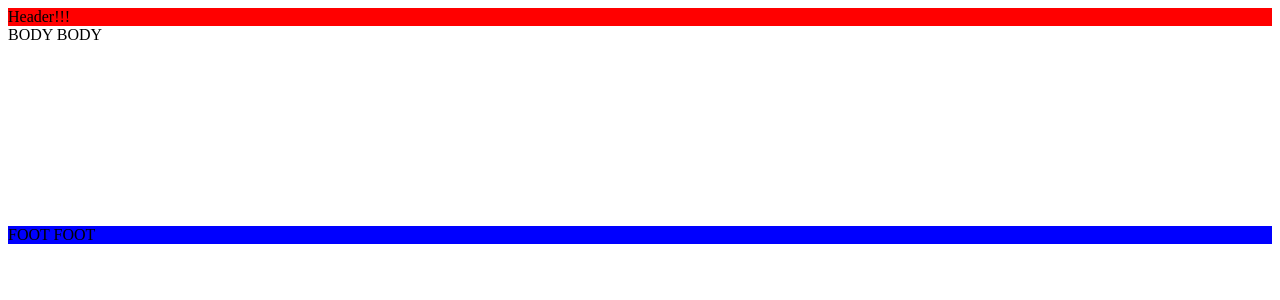
Repository: TakashiYamaguchi2021/samurai_HTML-CSS
Page: header.html
The author's editor kept a record of every edit. The page is drawn from the files as they stood at one moment, then again after the next edit.
The browser window is 1280 px wide. The pictures show the whole page.

Above is the page before.

### header.html
<!DOCTYPE html>
<html lang="ja">
    <head>
        <style>
            header {
                background-color: red;
            }

            footer {
                background-color: blue;
            }

            .size {
                height: 200px;
            }
        </style>
    </head>
    <body>
        <header>
            Header!!!
        </header>
        <div class="size">
            BODY BODY
        </div>
        <footer>
            FOOT FOOT
        </footer>
    </body>
</html>

After the next edit:
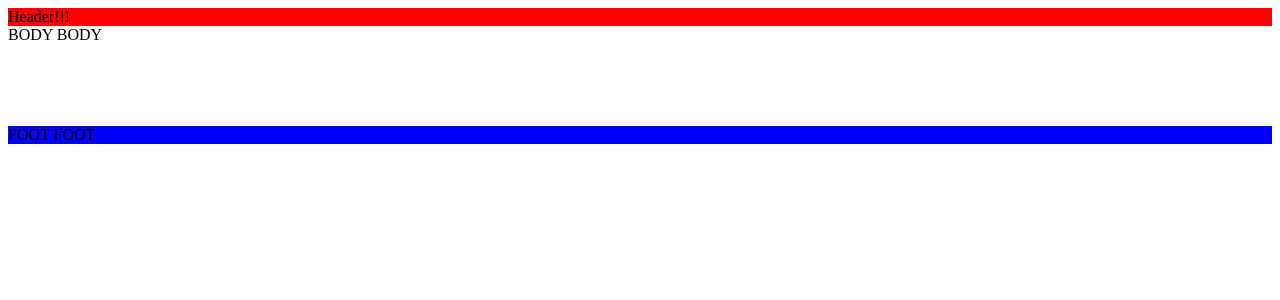
The edit:
--- a/header.html
+++ b/header.html
@@ -11,7 +11,7 @@
             }
 
             .size {
-                height: 200px;
+                height: 100px;
             }
         </style>
     </head>
